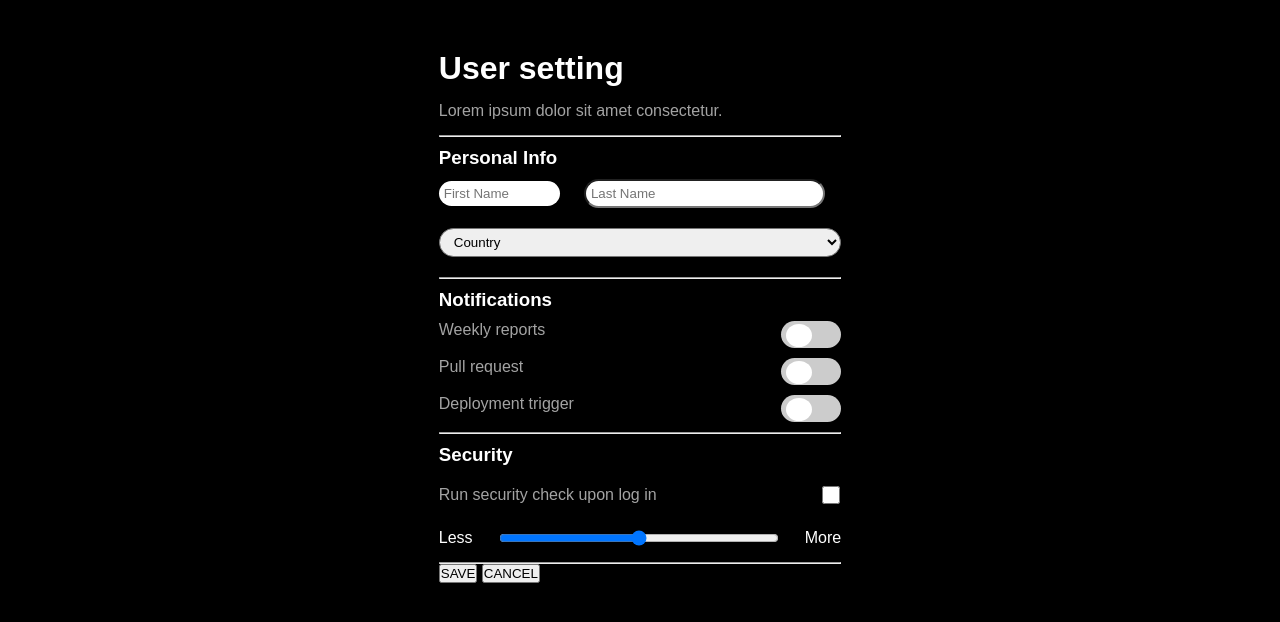
Repository: imokha01/DOM
Page: index.html
These files come from the project's save history. The page is drawn as it stood at one moment and after the next save; the edit follows.
The browser window is 1280 px wide. The pictures show the whole page.

Above is the page before, as saved 2023-12-21 09:52:49.

### index.html
<!DOCTYPE html>
<html lang="en">
  <head>
    <meta charset="UTF-8" />
    <meta name="viewport" content="width=device-width, initial-scale=1.0" />
    <title>Document</title>
    <link rel="stylesheet" href="./index.css" />
  </head>
<body>
  <div class="form_container">
    <form action="#">
      <div>
          <h1>User setting</h1>
          <p id="userPara">Lorem ipsum dolor sit amet consectetur.</p>
      </div>
      <hr>
      <div>
        <h3>Personal Info</h3>
        <input type="text" class="firstName" placeholder="First Name">
        <input type="text" class="lastName" placeholder="Last Name"> <br>
        <select>
            <option value="country" disabled hidden selected>Country</option>
            <option value="Nigeria">Nigeria</option>
            <option value="ghana">Ghana</option>
            <option value="algeria">Algeria</option>
        </select>
        <hr>
        <div>
          <h3>Notifications</h3>
          <div class="weeklyReport">
            <p class="week-para">Weekly reports</p>
            <!-- Rounded switch -->
            <div>
              <label class="switch">
                <input type="checkbox">
               <span class="slider round"></span>
              </label>
            </div>
          </div>
          <div class="pullRequest">
            <p class="pull-para">Pull request</p>
            <!-- Rounded switch -->
            <div>
              <label class="switch">
                <input type="checkbox">
               <span class="slider round"></span>
              </label>
            </div>
          </div>
          <div class="deployment">
            <p class="depoly-para">Deployment trigger</p>
            <!-- Rounded switch -->
            <div>
              <label class="switch">
                <input type="checkbox">
               <span class="slider round"></span>
              </label>
            </div>
          </div>
          <hr>
          <div class="security">
            <h3> Security</h3>
            <div>
              <p id="secu-para">Run security check upon log in</p>
              <input type="checkbox" id="check">
            </div>
            <div>
              <span>Less</span>
              <input type="range" id="range">
              <span> More </span>
            </div>
           <hr>
           <button type="save">SAVE</button>
           <button type="cancel">CANCEL</button
        </div>


        </div>
      </div>
    </form>


  </div>
    <script src="./index.js"></script>
  </body>
</html>

### index.css
* {
    margin: 0;
    padding: 0;
    box-sizing: border-box;
}

body{
    font-family: Arial, Helvetica, sans-serif;
    background-color: black;
}

.form_container {
    display: flex;
    justify-content: center;
    align-items: center;
    margin-top: 50px;
    gap: 2px;
    background-color: black;
    color: while;
}

form {
    color: white;
}

form p {
    color: #a3a3a3
}

#userPara {
    padding: 15px 0;
}

h3 {
    margin: 10px 0;
}

.firstName{
    width: 30%;
    padding: 5px;
    border-radius: 20px;
    margin-right: 20px;
    border: none;
    border: none;
}

.lastName {
    width: 60%;
    padding: 5px;
    border-radius: 20px;

}

select {
    width: 100%;
    padding: 5px 10px;
    border-radius: 20px;
    margin: 20px 0;
}

option {
    padding: 20px 0;
}
.weeklyReport,
.deployment,
.pullRequest {
    display: flex;
    justify-content: space-between;
    margin-bottom: 10px;
}

.security h3 + div {
    display: flex;
    justify-content: space-between;
    padding: 10px 0;
}

#check {
    width: 20px;
}

.security div:last-of-type{
    width: 100%;
    display: flex;
    justify-content: space-between;
    padding: 15px 0;
}

#range {
    width: 280px;
    background-color: green;

}









/* The switch - the box around the slider */
.switch {
    position: relative;
    display: inline-block;
    width: 60px;
    height: 27px;
  }

  /* Hide default HTML checkbox */
  .switch input {
    opacity: 0;
    width: 0;
    height: 0;
  }

  /* The slider */
  .slider {
    position: absolute;
    cursor: pointer;
    top: 0;
    left: 0;
    right: 0;
    bottom: 0;
    background-color: #ccc;
    -webkit-transition: .4s;
    transition: .4s;
  }

  .slider:before {
    position: absolute;
    content: "";
    height: 23px;
    width: 26px;
    left: 5px;
    bottom: 1px;
    background-color: white;
    -webkit-transition: .4s;
    transition: .4s;
  }

  input:checked + .slider {
    background-color: #2196F3;
  }

  input:focus + .slider {
    box-shadow: 0 0 1px #2196F3;
  }

  input:checked + .slider:before {
    -webkit-transform: translateX(26px);
    -ms-transform: translateX(26px);
    transform: translateX(26px);
  }

  /* Rounded sliders */
  .slider.round {
    border-radius: 34px;
  }

  .slider.round:before {
    border-radius: 50%;
  }

### index.js
// const button = document.getElementsByTagName("button")[0]
// console.log(button)

// button.style.backgroundColor = "skyblue"
// button.style.padding = "20px";
// button.style.border = "none";
// button.style.borderRadius = "10px";
// button.style.fontSize  = "1.5em";
// button.style.color = "red";

// const body = document.querySelector("body")
// body.style.backgroundColor = "lightgreen";

const newDiv = document.createElement("div");
const newContent = document.createTextNode("hey, What is up");
newDiv.appendChild(newContent);
console.log(newDiv)

const button = document.createElement("button")

After the next save:
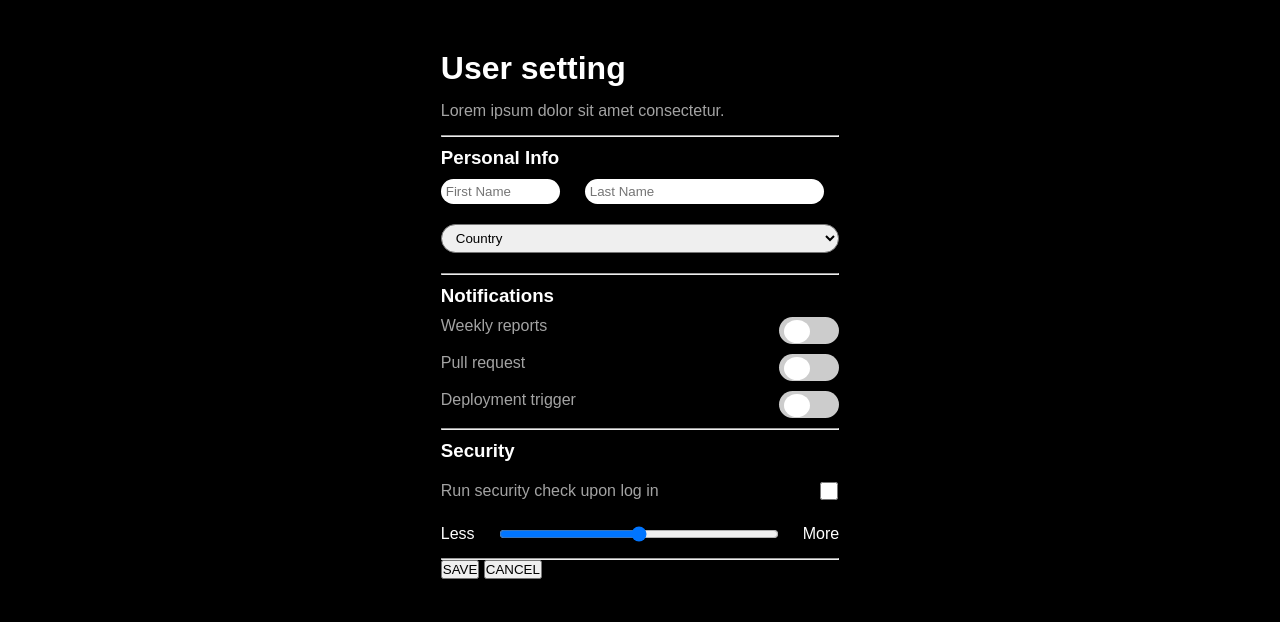
Saved 16 s later.
--- a/index.css
+++ b/index.css
@@ -41,13 +41,13 @@ h3 {
     border-radius: 20px;
     margin-right: 20px;
     border: none;
-    border: none;
-}
+  }
 
-.lastName {
+  .lastName {
     width: 60%;
     padding: 5px;
     border-radius: 20px;
+    border: none;
 
 }
 
